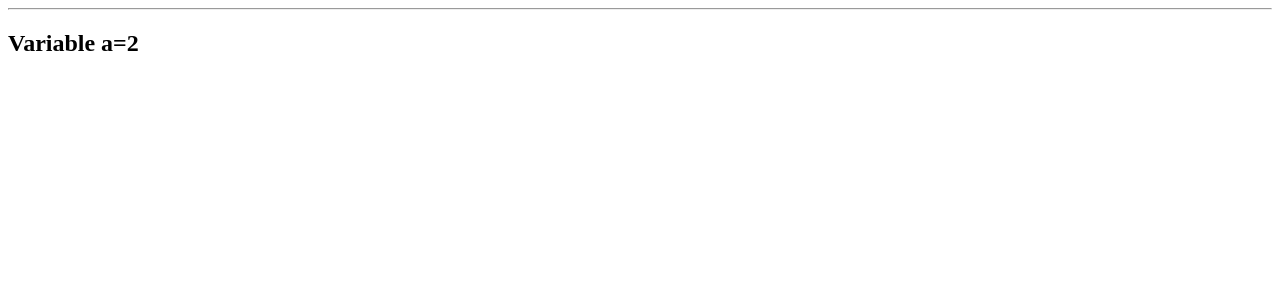
Repository: shounakmk219/training
Page: http://localhost/WebProject/JspDemo.jsp
An editor plug-in stored every save of this project. The page is shown before and after the next save, followed by the edit.
The browser window is 1280 px wide. The pictures show the whole page.
The page is served by Tomcat 9. Other server files are loaded and not shown.

Above is the page before, as saved 2019-07-10 07:19:57.

### week2/WebProject/WebContent/JspDemo.jsp
<%@ page language="java" contentType="text/html; charset=ISO-8859-1"
    pageEncoding="ISO-8859-1"%>
<!DOCTYPE html>
<html>
<head>
<meta charset="ISO-8859-1">
<title>Jsp Page</title>
</head>
<body>
<hr>
<%
	int a=2;
%>

<h2>Variable a=<%=a%></h2>
</body>
</html>

After the next save:
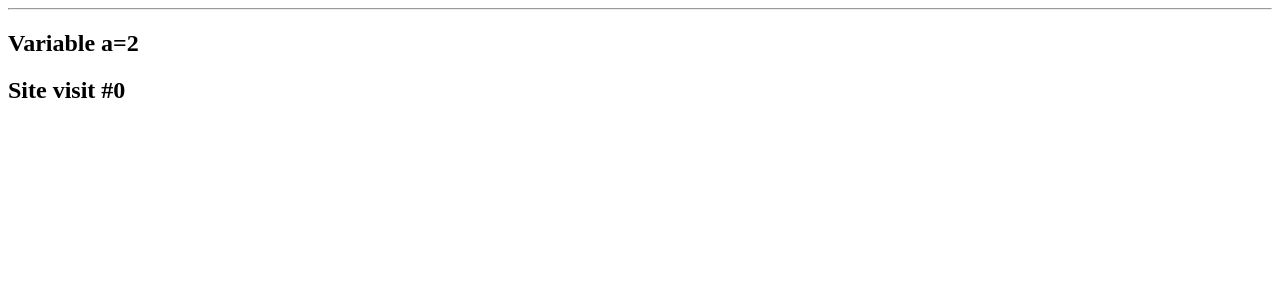
Saved 4 min 4 s later.
--- a/week2/WebProject/WebContent/JspDemo.jsp
+++ b/week2/WebProject/WebContent/JspDemo.jsp
@@ -10,8 +10,10 @@
 <hr>
 <%
 	int a=2;
+	int i=0;
 %>
 
 <h2>Variable a=<%=a%></h2>
+<h2>Site visit #<%=i++ %></h2>
 </body>
 </html>
